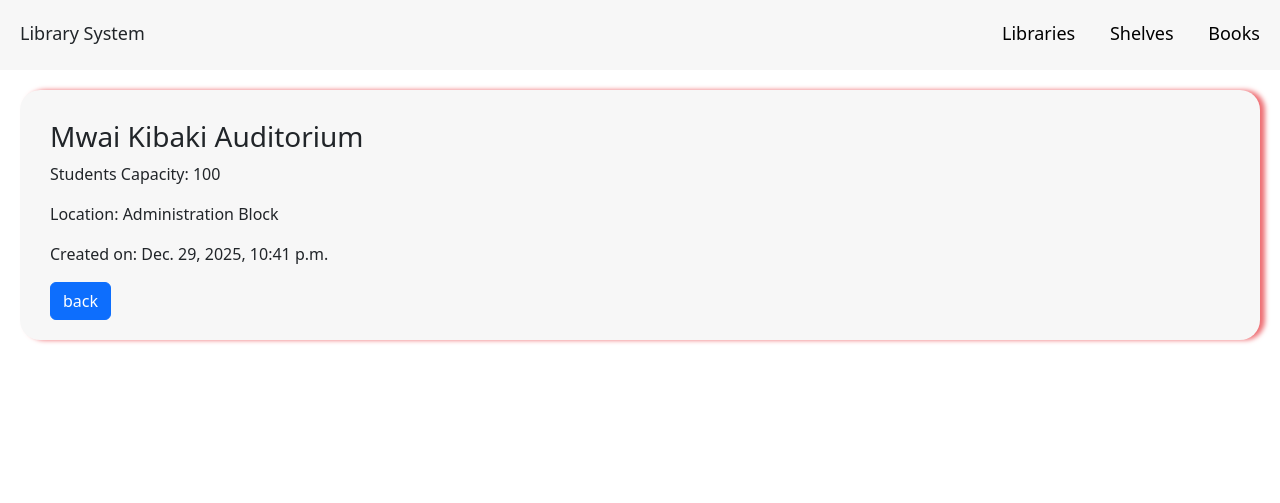
Repository: Mbote-Joseph/Library-Shelves-Books-Managements
Page: http://localhost/library-details/1
These files come from the project's save history. The page is drawn as it stood at one moment and after the next save; the edit follows.
The browser window is 1280 px wide. The pictures show the whole page.
The page is served by the project's application, run on Django 5.2 (manage.py). Other server files are loaded and not shown. The page reads the database file committed with the project.

Above is the page before, as saved 2026-01-01 19:35:13.

### books/templates/books/library_detailview.html
{% extends "base.html" %}

{% block title %}
    {{library.name}}
{% endblock %}


{% block content %}
        <div class ="library">
            <h3> {{library.name}} </h3>
            <p> Students Capacity: {{library.students_capacity}} </p>
            <p> Location: {{library.location}} </p>
            <p> Created on: {{library.created_on}} </p>
            <a class="btn btn-primary" href="{% url 'libraries' %}"> back  </a>
        </div>
{% endblock %}

### static/templates/base.html
{% load static %}
<!doctype html>
<html lang="en">
  <head>
    <meta charset="utf-8">
    <meta name="viewport" content="width=device-width, initial-scale=1">
    <title>
        {% block title %}

        {% endblock %}
    </title>
    <link href="https://cdn.jsdelivr.net/npm/bootstrap@5.3.8/dist/css/bootstrap.min.css" rel="stylesheet" integrity="sha384-sRIl4kxILFvY47J16cr9ZwB07vP4J8+LH7qKQnuqkuIAvNWLzeN8tE5YBujZqJLB" crossorigin="anonymous">
    <link rel="stylesheet" type='text/css' href="{% static 'css/styles.css' %}">
  </head>
  <body>
    <nav class="nav">
      <span> Library System </span>
      <span>
        <ul>
          <a href="{% url 'libraries' %}"> Libraries </a>
          <a href="{% url 'shelves' %}"> Shelves </a>
          <a href="{% url 'books' %}"> Books </a>
        </ul>
      </span>

    </nav>

    {% block content %}

    {% endblock %}


    <script src="https://cdn.jsdelivr.net/npm/bootstrap@5.3.8/dist/js/bootstrap.bundle.min.js" integrity="sha384-FKyoEForCGlyvwx9Hj09JcYn3nv7wiPVlz7YYwJrWVcXK/BmnVDxM+D2scQbITxI" crossorigin="anonymous"></script>
  </body>
</html>

### books/models.py
from django.db import models

# Create your models here.
class Library(models.Model):
    name = models.CharField(max_length=50)
    students_capacity = models.IntegerField()
    location = models.CharField(max_length=100)
    created_on = models.DateTimeField(auto_now_add=True)

    def __str__(self):
        return f"{self.name} - {self.location}"

class Shelf(models.Model):
    label = models.CharField(max_length=50)
    books_capacity = models.CharField()
    library = models.ForeignKey(Library, on_delete=models.CASCADE, related_name='shelves')
    created_on = models.DateTimeField(auto_now_add=True)

    def __str__(self):
        return f"{self.label} On {self.library} Library"

class Book(models.Model):
    title = models.CharField(max_length=100)
    author = models.CharField(max_length=100)
    isbn = models.CharField(max_length=10)
    description = models.TextField()
    is_published = models.BooleanField(default=False)
    is_new = models.BooleanField(default=False)
    shelf = models.ForeignKey(Shelf, on_delete=models.CASCADE, related_name='books')

    def __str__(self):
        return f"{self.title} By {self.author}"

### books/views.py
from django.shortcuts import render
from django.views.generic import ListView, DetailView, CreateView

from books.forms import  BookForm, LibraryForm, ShelfForm

from .models import Library, Shelf, Book

# Create your views here.
class LibraryListView(ListView):
    model = Library
    context_object_name = "libraries"
    queryset = Library.objects.all()
    template_name = 'books/library_view.html'

class ShelfListView(ListView):
    model = Shelf
    context_object_name = "shelves"
    queryset = Shelf.objects.all()
    template_name = 'books/shelf_view.html'


class BookListView(ListView):
    model = Book
    context_object_name = "books"
    queryset = Book.objects.all()
    template_name = 'books/book_view.html'

class LibraryDetailView(DetailView):
    model = Library
    context_object_name = 'library'
    template_name = "books/library_detailview.html"

    def get_context_data(self, **kwargs):
        context = super().get_context_data(**kwargs)
        context['shelves'] = self.object.shelves.all()
        return context

class ShelfDetailView(DetailView):
    model = Shelf
    context_object_name = 'shelf'
    template_name = 'books/shelf_detailview.html'

class BookDetailView(DetailView):
    model = Book
    context_object_name = 'book'
    template_name = 'books/book_detailview.html'

class LibraryCreate(CreateView):
    model = Library
    context_object_name = 'library'
    form_class = LibraryForm
    http_method_names = ['get', 'post', 'put', 'patch', 'delete', 'head', 'options', 'trace']
    template_name = "books/library_form.html"
    success_url = 'libraries'


class ShelfCreate(CreateView):
    model = Shelf
    context_object_name = 'shelf'
    form_class = ShelfForm
    http_method_names = ['get', 'post', 'put', 'patch', 'delete', 'head', 'options', 'trace']
    template_name = "books/shelf_form.html"
    success_url = 'shelf'

class BookCreate(CreateView):
    model = Book
    form_class = BookForm
    context_object_name = 'book'
    http_method_names = ['get', 'post', 'put', 'patch', 'delete', 'head', 'options', 'trace']
    template_name = 'books/book_form.html'
    success_url = 'book'

### learn/urls.py
"""
URL configuration for learn project.

The `urlpatterns` list routes URLs to views. For more information please see:
    https://docs.djangoproject.com/en/6.0/topics/http/urls/
Examples:
Function views
    1. Add an import:  from my_app import views
    2. Add a URL to urlpatterns:  path('', views.home, name='home')
Class-based views
    1. Add an import:  from other_app.views import Home
    2. Add a URL to urlpatterns:  path('', Home.as_view(), name='home')
Including another URLconf
    1. Import the include() function: from django.urls import include, path
    2. Add a URL to urlpatterns:  path('blog/', include('blog.urls'))
"""
from django.contrib import admin
from django.urls import path, include

urlpatterns = [
    path('admin/', admin.site.urls),
    path('', include('books.urls'))
]

### books/urls.py
from django.urls import path

from books.views import BookCreate, BookDetailView, BookListView, LibraryDetailView, LibraryListView, ShelfCreate, ShelfDetailView, ShelfListView, LibraryCreate

urlpatterns = [
    path('', LibraryListView.as_view(), name = 'libraries'),
    path('libraries', LibraryListView.as_view(), name = 'libraries'),
    path('shelf', ShelfListView.as_view(), name = 'shelves'),
    path('book', BookListView.as_view(), name="books"),
    path("library-details/<int:pk>", LibraryDetailView.as_view(), name="library.details"),
    path('shelf-details/<int:pk>', ShelfDetailView.as_view(), name="shelf.details"),
    path("book-details/<int:pk>", BookDetailView.as_view(), name = "book.details"),
    path('library-create', LibraryCreate.as_view(), name="library.create"),
    path('shelf-create', ShelfCreate.as_view(), name="shelf.create"),
    path('book-create', BookCreate.as_view(), name="book.create"),
]

### static/css/styles.css
/**
 * Copyright 2025 josephmbote
 *
 * Licensed under the Apache License, Version 2.0 (the "License");
 * you may not use this file except in compliance with the License.
 * You may obtain a copy of the License at
 *
 *     https://www.apache.org/licenses/LICENSE-2.0
 *
 * Unless required by applicable law or agreed to in writing, software
 * distributed under the License is distributed on an "AS IS" BASIS,
 * WITHOUT WARRANTIES OR CONDITIONS OF ANY KIND, either express or implied.
 * See the License for the specific language governing permissions and
 * limitations under the License.
 */

.nav{
    left: 0;
    top: 0;
    width: 100%;
    background-color: #f7f7f7;
    font-size: large;
    font-style: 'Times New Roman';
    height: 70px;
    padding: 20px;
    display: flex;
    justify-content: space-between;
}
.nav a{
    margin-left: 30px;
    text-decoration: none;
    color: black;
}

.library {
    min-width: 300px;
    /* min-width: 200px; */
    height: 250px;
    /* max-height: 400px; */
    background-color: #f7f7f7;
    box-shadow: 5px 0 5px 0 #ee6e73;
    border: none;
    margin: 20px;
    padding: 30px;
    border-radius: 20px;
}

.cards{
    display: flex;
    flex-wrap: wrap;

}

.shelf {
    width: 300px;
    /* min-width: 200px; */
    height: 250px;
    /* max-height: 400px; */
    background-color: #f7f7f7;
    box-shadow: 5px 0 5px 0 #ee6e73;
    border: none;
    margin: 20px;
    padding: 30px;
    border-radius: 20px;
}

.book {
    width: 300px;
    /* min-width: 200px; */
    height: 300px;
    /* max-height: 400px; */
    background-color: #f7f7f7;
    box-shadow: 5px 0 5px 0 #ee6e73;
    border: none;
    margin: 20px;
    padding: 30px;
    border-radius: 20px;
}

### db.sqlite3 (the tables this page reads, as SQL)
CREATE TABLE "books_library" ("id" integer NOT NULL PRIMARY KEY AUTOINCREMENT, "name" varchar(50) NOT NULL, "students_capacity" integer NOT NULL, "location" varchar(100) NOT NULL, "created_on" datetime NOT NULL);
INSERT INTO "books_library" VALUES
(1, 'Mwai Kibaki Auditorium', 100, 'Administration Block', '2025-12-29 22:41:55.696199'),
(2, 'Nelson Mandela Anex', 85, 'NSC', '2025-12-29 22:42:34.244470'),
(3, 'JM Kariuku Wing', 75, 'SCC Department', '2025-12-30 11:00:04.766333'),
(4, 'Joseph Mbote STEM Library', 56, 'Technology House', '2025-12-31 18:37:10.968556'),
(5, 'Computer Science Library', 50, 'SCC', '2025-12-31 18:39:11.248294'),
(6, 'Grade 1', 20, 'Nairobi Annex', '2025-12-31 18:41:43.779190');

After the next save:
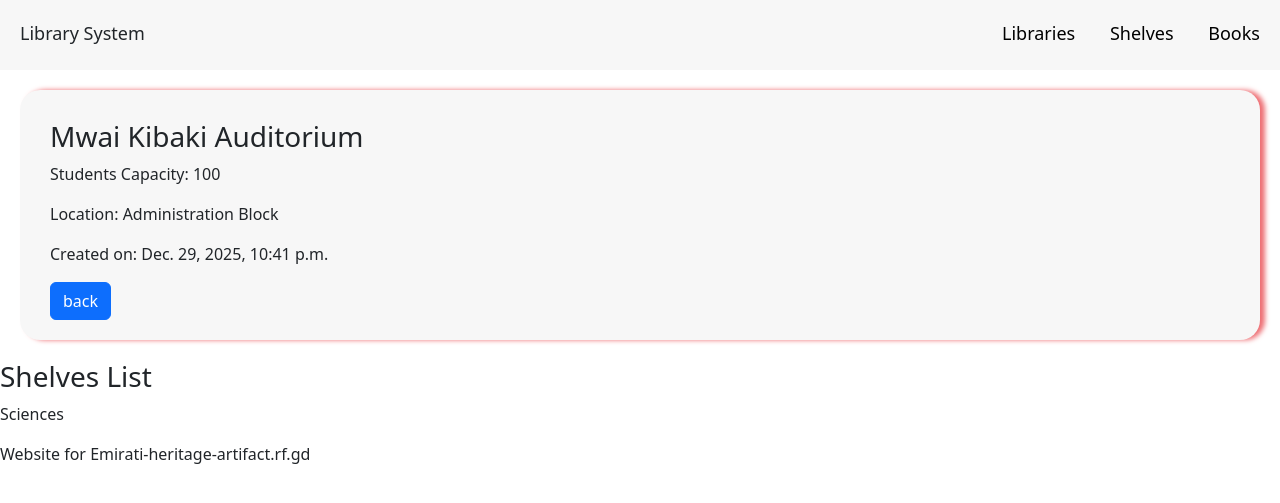
Saved 6 min 19 s later.
--- a/books/templates/books/library_detailview.html
+++ b/books/templates/books/library_detailview.html
@@ -13,4 +13,10 @@
             <p> Created on: {{library.created_on}} </p>
             <a class="btn btn-primary" href="{% url 'libraries' %}"> back  </a>
         </div>
+
+        <h3> Shelves List </h3>
+        {% for shelf in shelves %}
+        <p> {{shelf.label}}
+
+        {% endfor %}
 {% endblock %}
